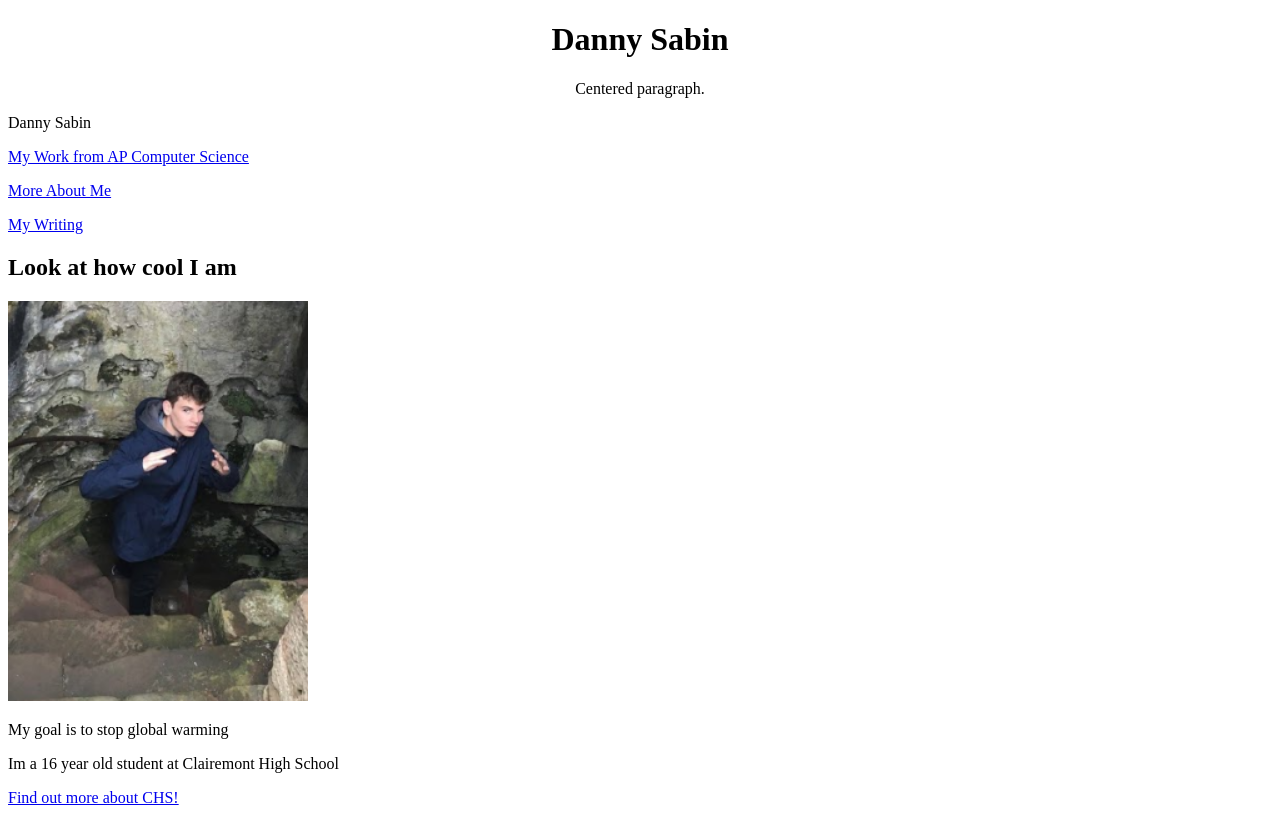
Repository: Danny3212/Danny3212.github.io
Page: index.html
The author's editor kept a record of every edit. The page is drawn from the files as they stood at one moment, then again after the next edit.
The browser window is 1280 px wide. The pictures show the whole page.

Above is the page before.

After the next edit:
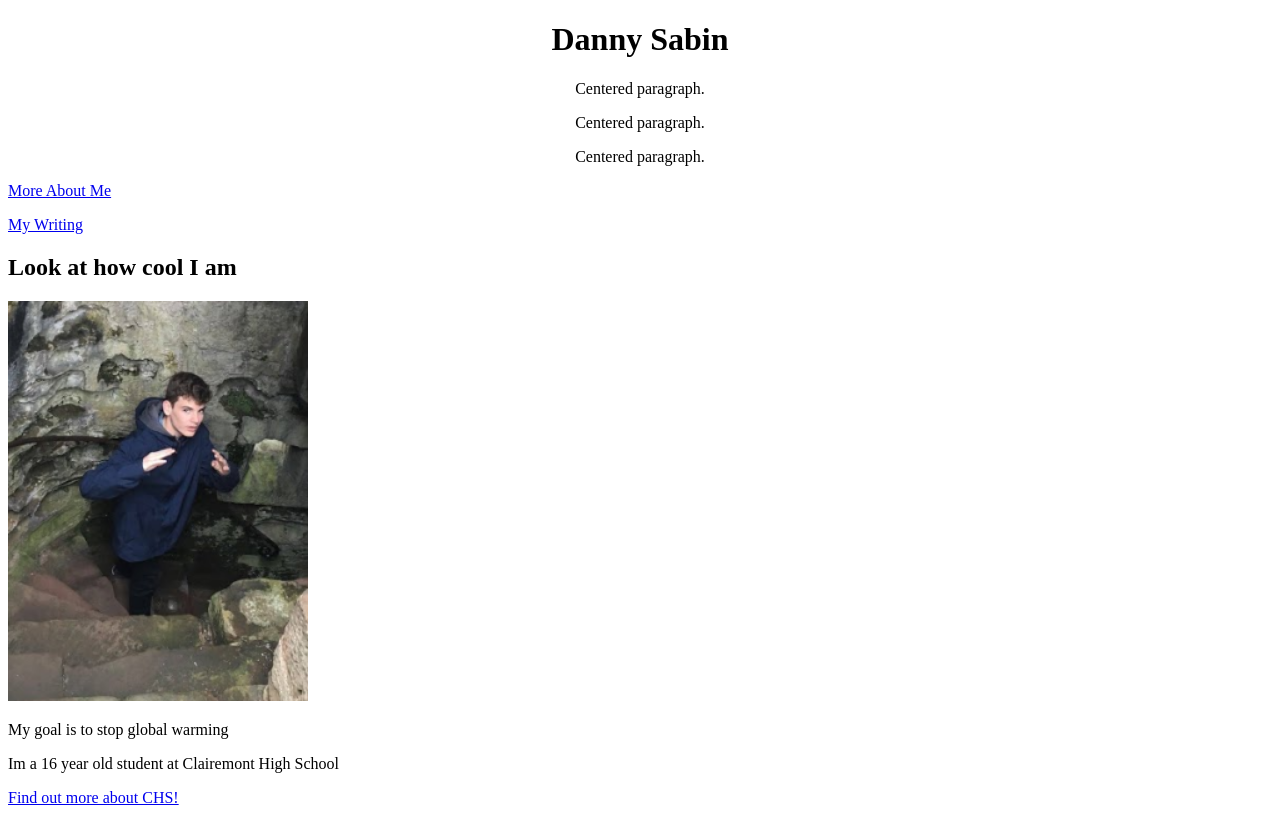
The edit:
--- a/index.html
+++ b/index.html
@@ -3,8 +3,9 @@
 <body>
 <h1 style="text-align:center;">Danny Sabin</h1>
 <p style="text-align:center;">Centered paragraph.</p>
-<p>Danny Sabin</p>
-<p><a href="apcs.html">My Work from AP Computer Science</a></p>
+<p style="text-align:center;">Centered paragraph.</p>
+<p style="text-align:center;">Centered paragraph.</p>
+<p></p>
 <p><a href="danny.html">More About Me</a></p>
 <p><a href="writing.html">My Writing</a></p>
 
